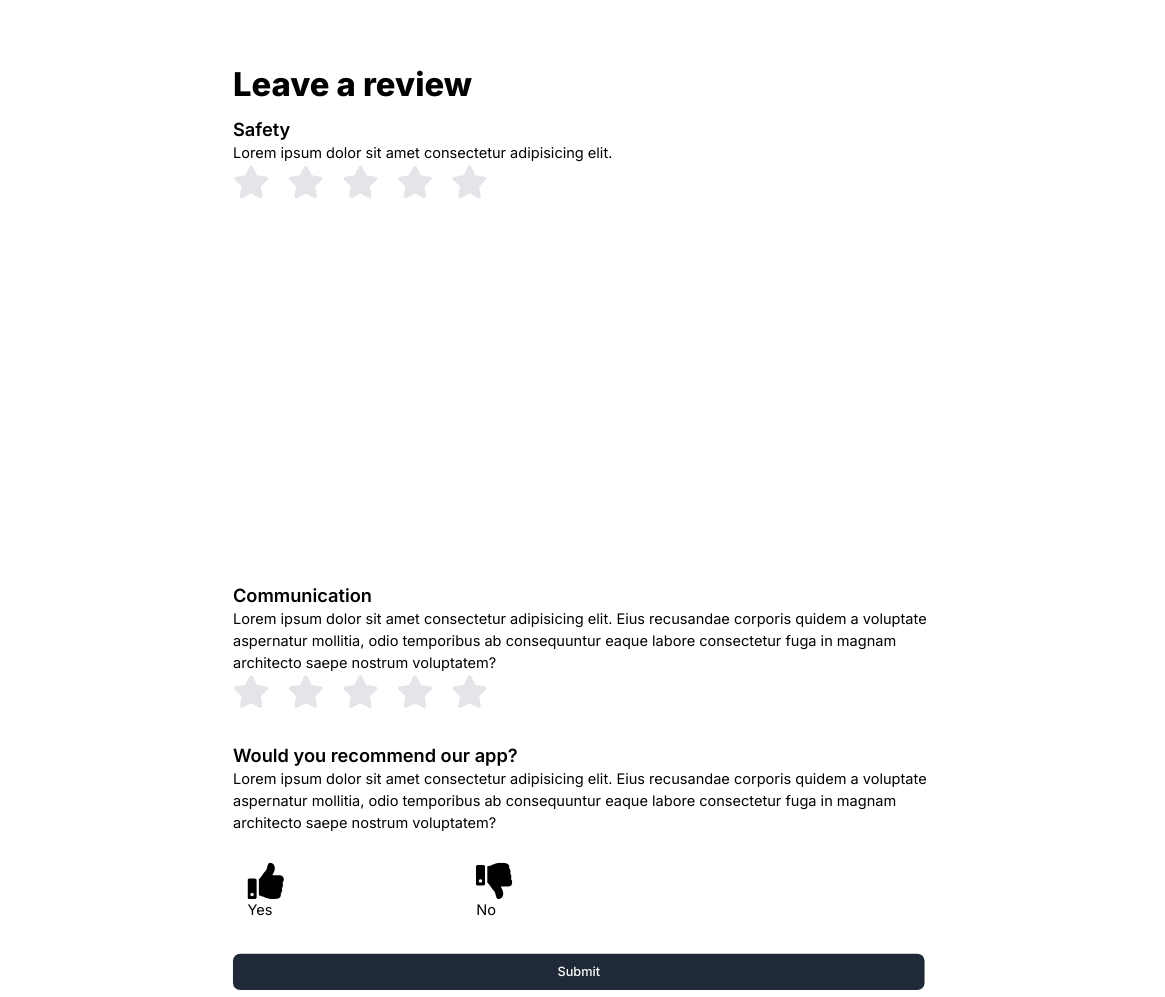
Repository: akankshaajoshi/review-form
Page: /review
An editor plug-in stored every save of this project. The page is shown before and after the next save, followed by the edit.
The browser window is 1280 px wide. The pictures show the whole page, at 91% of full size.
The project was rebuilt for these pictures with package versions that can differ from the ones it lists, and the page was loaded fresh each time. The framework's server and built-in components were replaced by stand-ins that run in the browser. Also part of the build but not shown: next.config.mjs.

Above is the page before, as saved 2024-05-25 13:54:47.

### app/(routes)/review/page.tsx
'use client'

import { useFormState, useFormStatus } from "react-dom";
import {createReview} from "@/app/actions"
import StarRating from "./../../_components/StarRatings"
import TrueOrFalse from './../../_components/TrueOrFalse'

const initialState = {
    message: "",
    type: "",
}

function SubmitButton(){
    const {pending} = useFormStatus();
    return (
        <button type="submit" className="text-white bg-gray-800 hover:bg-gray-900 focus:outline-none focus:ring-4 focus:ring-gray-300 font-medium rounded-lg text-sm px-5 py-2.5 me-2 mb-2 dark:bg-gray-800 dark:hover:bg-gray-700 dark:focus:ring-gray-700 dark:border-gray-700" aria-disabled={pending}>
            Submit
        </button>
    )
}

export default function Review(){
    const ratings = [1, 2, 3, 4, 5];
    const [state, formAction] = useFormState(createReview, initialState);
    return (
        <div className="flex flex-col items-center w-[100vw] h-[100vh]">
            <div className="flex flex-col gap-y-4 items-left mt-[10vh] h-[80vh] w-[60vw]">
            <h2 className="text-4xl font-extrabold">Leave a review</h2>
            {state?.type === "success" && <p className="text-lg p-2 text-white rounded-md bg-green-500">{state?.message}</p>}
            {state?.type === "error" && <p className="text-lg p-2 text-white rounded-md bg-red-500">{state?.message}</p>}
            <form action={formAction} className="flex flex-col lg:gap-y-[20px] sm:gap-y-[30px]">
                <fieldset className="sm:pb-[400px] pb-4">
                    <label htmlFor="safety" className="text-xl font-semibold">Safety</label>
                    <p>Lorem ipsum dolor sit amet consectetur adipisicing elit. </p>
                    <StarRating name="safety"/>
                </fieldset>
                <fieldset className='pb-4'>
                    <label htmlFor="communication" className="text-xl font-semibold">Communication</label>
                    <p>Lorem ipsum dolor sit amet consectetur adipisicing elit. Eius recusandae corporis quidem a voluptate aspernatur mollitia, odio temporibus ab consequuntur eaque labore consectetur fuga in magnam architecto saepe nostrum voluptatem?</p>
                    <StarRating name="communication"/>
                </fieldset>
                <fieldset>
                    <label htmlFor="recommend" className="text-xl font-semibold">Would you recommend our app? </label>
                    <p>Lorem ipsum dolor sit amet consectetur adipisicing elit. Eius recusandae corporis quidem a voluptate aspernatur mollitia, odio temporibus ab consequuntur eaque labore consectetur fuga in magnam architecto saepe nostrum voluptatem?</p>
                    <TrueOrFalse name="recommend"/>
                </fieldset>
                <SubmitButton/>
            </form>
            </div>
        </div>
    )
}

### app/actions.tsx
'use server'

import {revalidatePath} from "next/cache";
import {sql} from "@vercel/postgres"
import {z} from 'zod'
// CREATE TABLE reviews (
//     id SERIAL PRIMARY KEY,
//      safety INTEGER NOT NULL,
//     communication INTEGER NOT NULL,
//      recommend VARCHAR(5) NOT NULL );
export async function createReview(prevState: {message: string, type: string}, formData: FormData){

    const schema = z.object({
        safety: z.number(),
        communication: z.number(),
        recommend: z.string(),
    })
    const parse = schema.safeParse({
        safety: Number(formData.get('safety')),
        communication: Number(formData.get('communication')),
        recommend: formData.get('recommend'),
    })

    if (!parse.success) {
        console.log("incorrect parse")
        return { message: "Failed to create review", type: "error" };
      }

    const data = parse.data

    try{
        await sql`
        INSERT INTO reviews(safety, communication, recommend) VALUES (${data.safety}, ${data.communication}, ${data.recommend})
        `
        // revalidatePath('/reviews/' )
        return {message: `Added review successfully.`, type: "success"}
    }catch(err){
        console.log(err)
        return {message: `Failed to add review.`, type: "error"}
    }
}

### app/_components/StarRatings/index.tsx
import {FaStar} from "react-icons/fa"
import React, { useState } from "react";

interface StarProps {
  name: string;
};

const Index : React.FC<StarProps> = ({name}) => {
  const [rating , setRating] = useState<number>(0);
  const [hover, setHover] = useState<number>(0);
  return (
    <div className="flex flex-row lg:gap-x-5 sm:gap-x-3">
      {[...Array(5)].map((star, index) =>{
        const currentRating: number = index+1;
        return (
          <label key={index}>
            <input type="radio" name={name}
            className="hidden"
            value={index+1}
            onClick={()=>setRating(currentRating)}>
            </input>
            <FaStar className="star" size={40} color={currentRating <= (hover || rating) ? "#ffc107" : "#e4e5e9"}
            onMouseEnter={()=>setHover(currentRating)}
            onMouseLeave={()=>setHover(0)}
            ></FaStar>
          </label>
        )
      })}
    </div>
  )
}

export default Index

### app/_components/TrueOrFalse/index.tsx
import { FaThumbsDown, FaThumbsUp } from "react-icons/fa";
import { useState } from "react";

interface TrueOrFalseProps {
    name: string;
}

const TrueOrFalse : React.FC<TrueOrFalseProps> = ({name}) =>{
    const [selected, setSelected] = useState<string>("");
    return (
        <div className="flex flex-row gap-x-4 pt-4">
          <label className={`w-[30%] rounded-md mr-[5px] p-4 bg-${selected==='true'?  "green": "" }-500`}>
            <input type="radio" name={name}
            className="hidden"
            value="true"
            onClick={()=>setSelected("true")}
            >
            </input>
            <FaThumbsUp size={40}
            ></FaThumbsUp>
            Yes
          </label>
          <label className={`w-[30%] rounded-md mr-[5px] p-4 bg-${selected==='false'?  "red": "" }-500`}>
            <input type="radio" name={name}
            className="hidden"
            value="false"
            onClick={()=>setSelected("false")}>
            </input>
            <FaThumbsDown className="star" size={40}
            ></FaThumbsDown>
            No
          </label>
        </div>
    )
}

export default TrueOrFalse;

Loaded but not shown: app/layout.tsx (common file); app/globals.css (common file); tailwind.config.ts (common file)

After the next save:
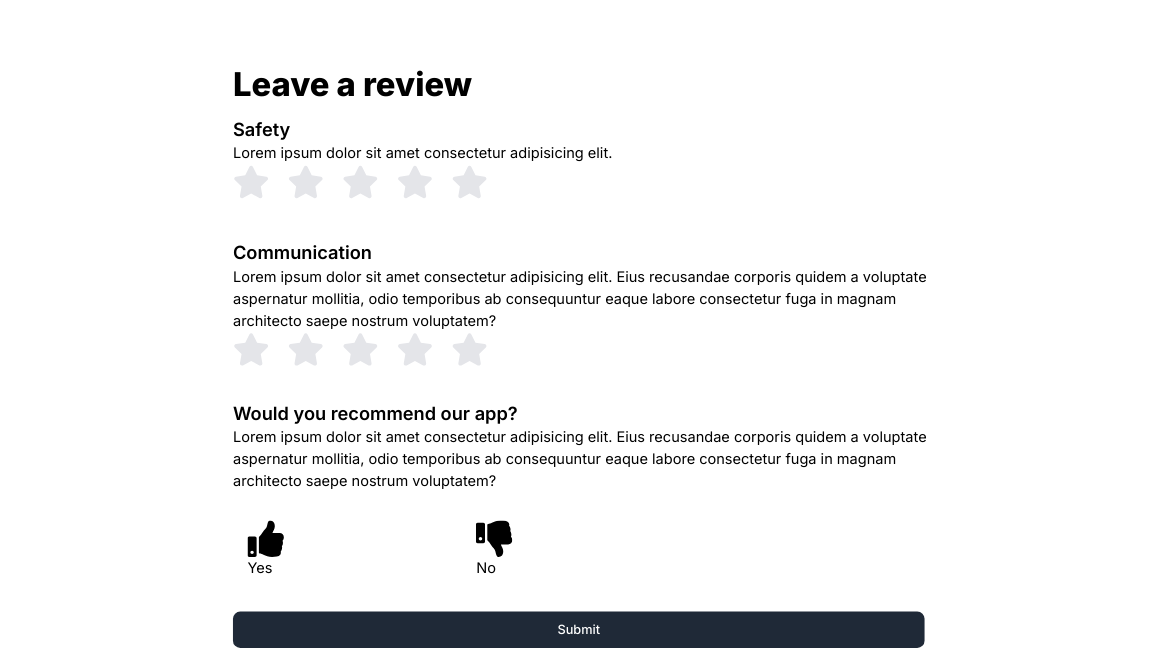
Saved 16 s later.
--- a/app/(routes)/review/page.tsx
+++ b/app/(routes)/review/page.tsx
@@ -29,7 +29,7 @@ export default function Review(){
             {state?.type === "success" && <p className="text-lg p-2 text-white rounded-md bg-green-500">{state?.message}</p>}
             {state?.type === "error" && <p className="text-lg p-2 text-white rounded-md bg-red-500">{state?.message}</p>}
             <form action={formAction} className="flex flex-col lg:gap-y-[20px] sm:gap-y-[30px]">
-                <fieldset className="sm:pb-[400px] pb-4">
+                <fieldset className="pb-6">
                     <label htmlFor="safety" className="text-xl font-semibold">Safety</label>
                     <p>Lorem ipsum dolor sit amet consectetur adipisicing elit. </p>
                     <StarRating name="safety"/>
